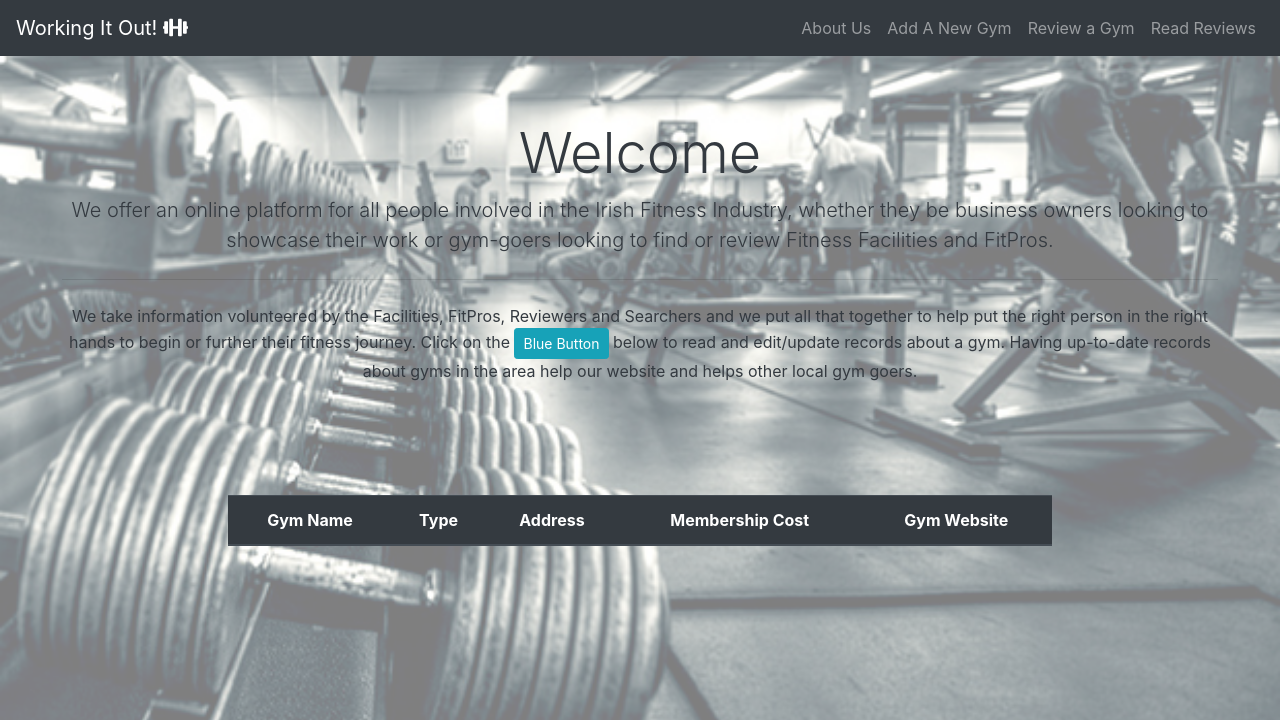
Repository: cgaynor91/Working_It_Out
Page: http://localhost/
The author's editor kept a record of every edit. The page is drawn from the files as they stood at one moment, then again after the next edit.
The browser window is 1280 px wide. The pictures show the whole page.
Some web libraries are served in a nearby version. The page is served by the project's application, run on Flask 3 (app.py). Queries for data that is not in the repository find no rows.

Above is the page before.

After the next edit:
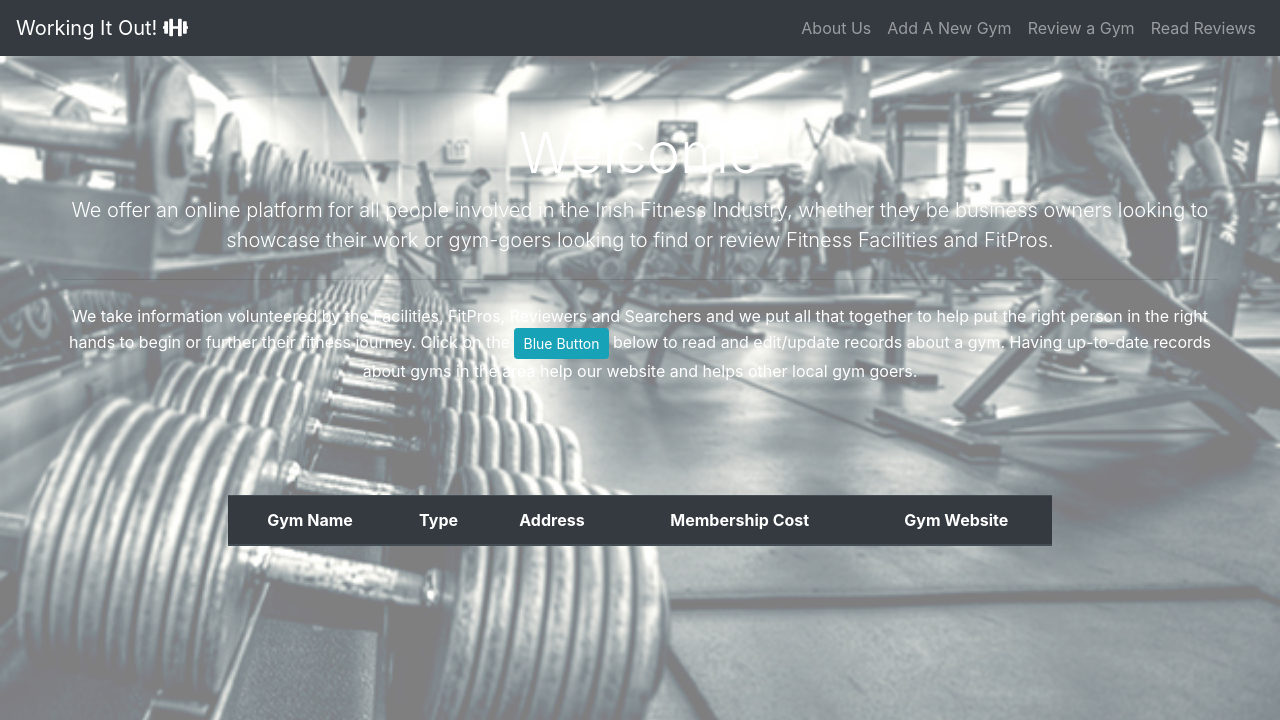
The edit:
--- a/static/css/style.css
+++ b/static/css/style.css
@@ -25,6 +25,7 @@
 
 .jumbotron {
     background-color: transparent;
+    color: #fff;
 }
 
 /*

After the edit that followed:
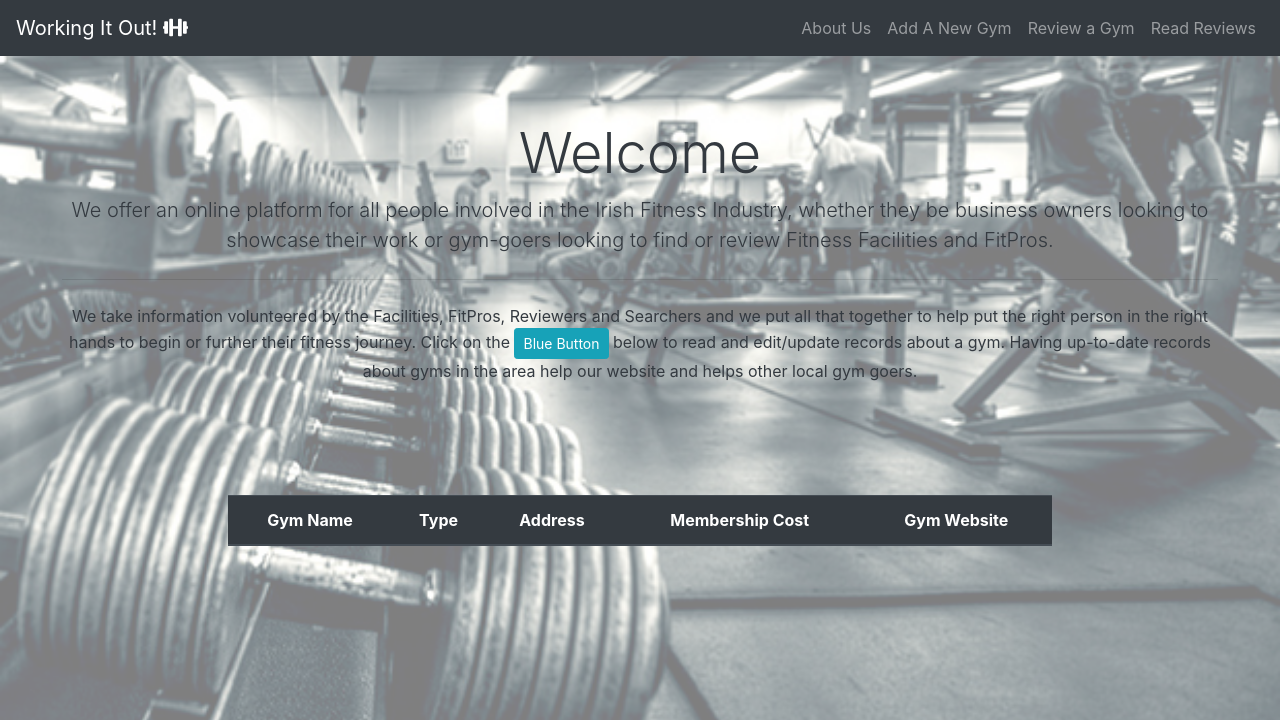
The edit:
--- a/static/css/style.css
+++ b/static/css/style.css
@@ -25,7 +25,11 @@
 
 .jumbotron {
     background-color: transparent;
-    color: #fff;
+}
+
+.jumbo-text {
+    color: #000;
+    font-weight: bolder;
 }
 
 /*
